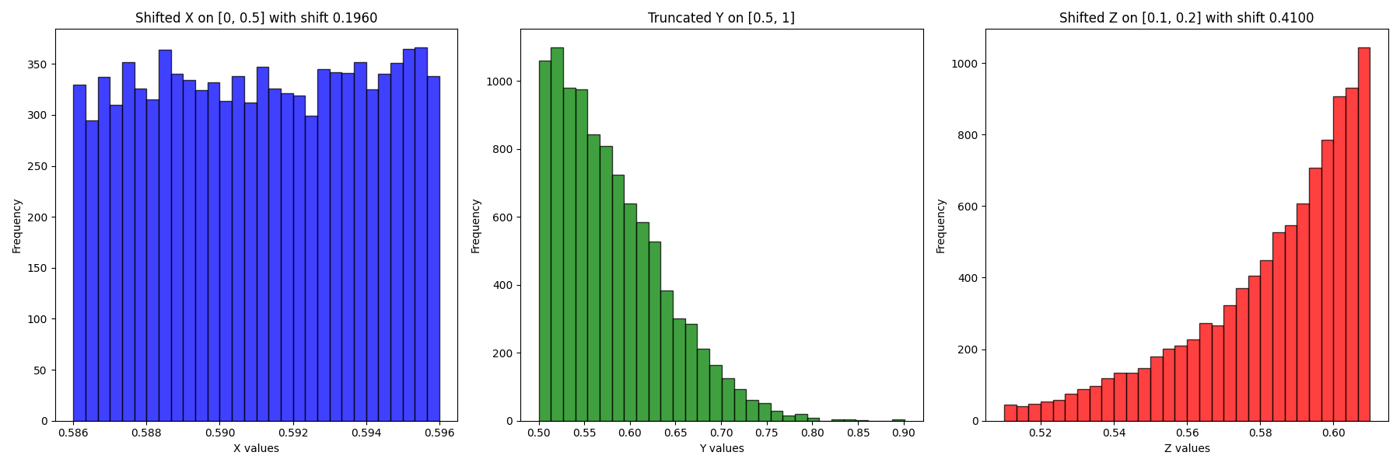
Repository: KrystofM/stealing-part-lm-supplementary-plaid
Script's output: python optimize_logit_queries/askers/shift3.py
The author's editor kept a copy of each file at every save. The script's output is drawn from the files as they stood at one save, then again after the next save.
Figures wider than 1,400 px are first shrunk to that width. Random numbers start from a fixed seed.

Above is the script's output before, as saved 2024-06-25 00:47:39.

After the next save:
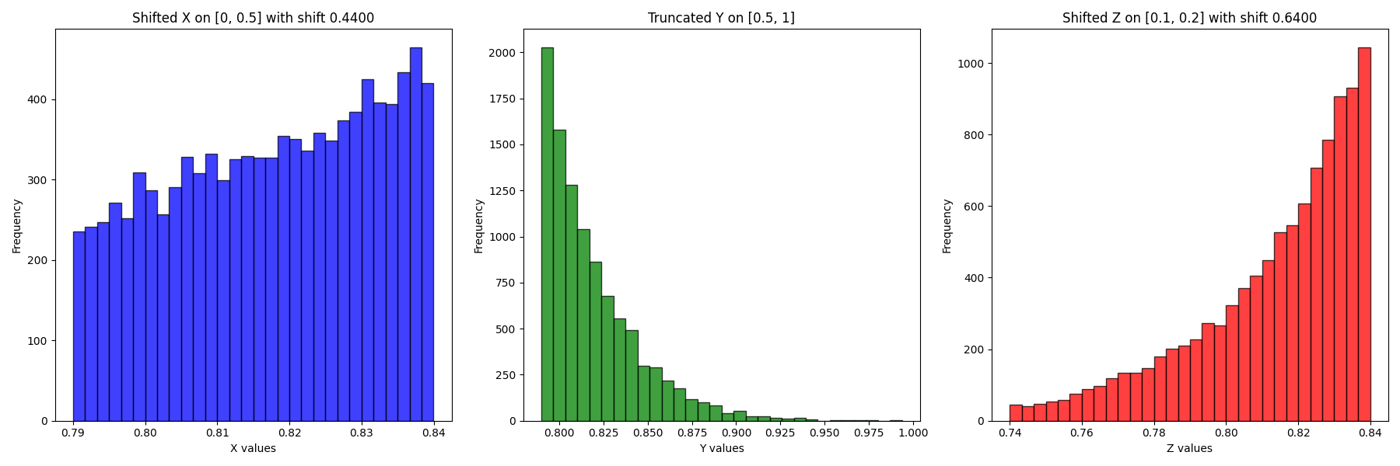
Saved 6 min 44 s later.
--- a/optimize_logit_queries/askers/shift3.py
+++ b/optimize_logit_queries/askers/shift3.py
@@ -15,11 +15,11 @@ sigma = 0.1
 size = 10000  # Increasing sample size for better accuracy
 
 # Truncate X on [0, 0.5]
-lower_X = 0.39
+lower_X = 0.35
 upper_X = 0.4
 X = truncated_normal(mean, sigma, lower_X, upper_X, size=size)
 # Truncate Y on [0.5, 1]
-lower_Y = 0.5
+lower_Y = 0.79
 upper_Y = 1
 Y = truncated_normal(mean, sigma, lower_Y, upper_Y, size=size)
 # Truncate Z on [0.1, 0.2]
